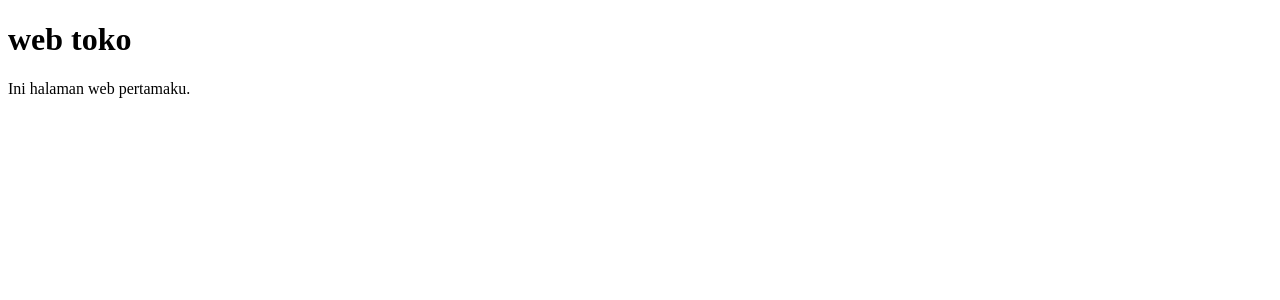
Repository: sekartazivi/241552010020-Web-Application-Development
Page: test.html
The author's editor kept a copy of each file at every save. The page is drawn from the files as they stood at one save, then again after the next save.
The browser window is 1280 px wide. The pictures show the whole page.

Above is the page before, as saved 2026-02-20 08:08:25.

### test.html
<!DOCTYPE html>
<html lang="en">
<head>
    <meta charset="UTF-8">
    <meta name="viewport" content="width=device-width, initial-scale=<,>">
    <title>Document</title>
</head>
<body>
    <h1>web toko </h1>
    <p>Ini halaman web pertamaku.</p>
    <h2></h2>
</body>
</html>

After the next save:
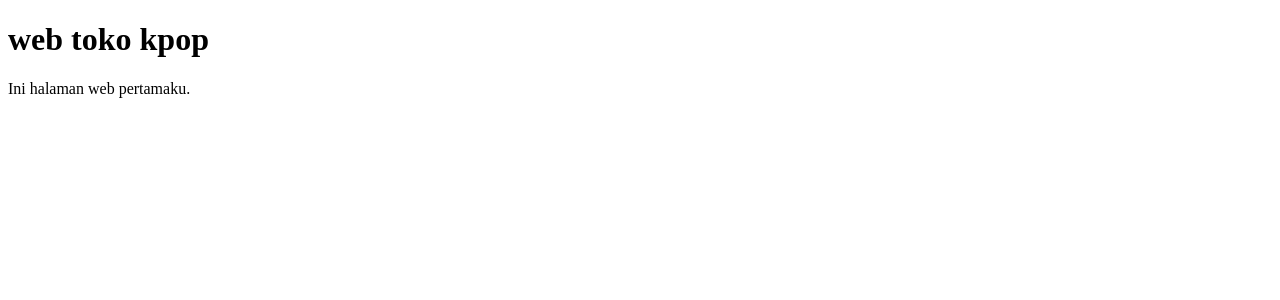
Saved 15 s later.
--- a/test.html
+++ b/test.html
@@ -6,7 +6,7 @@
     <title>Document</title>
 </head>
 <body>
-    <h1>web toko </h1>
+    <h1>web toko kpop</h1>
     <p>Ini halaman web pertamaku.</p>
     <h2></h2>
 </body>
